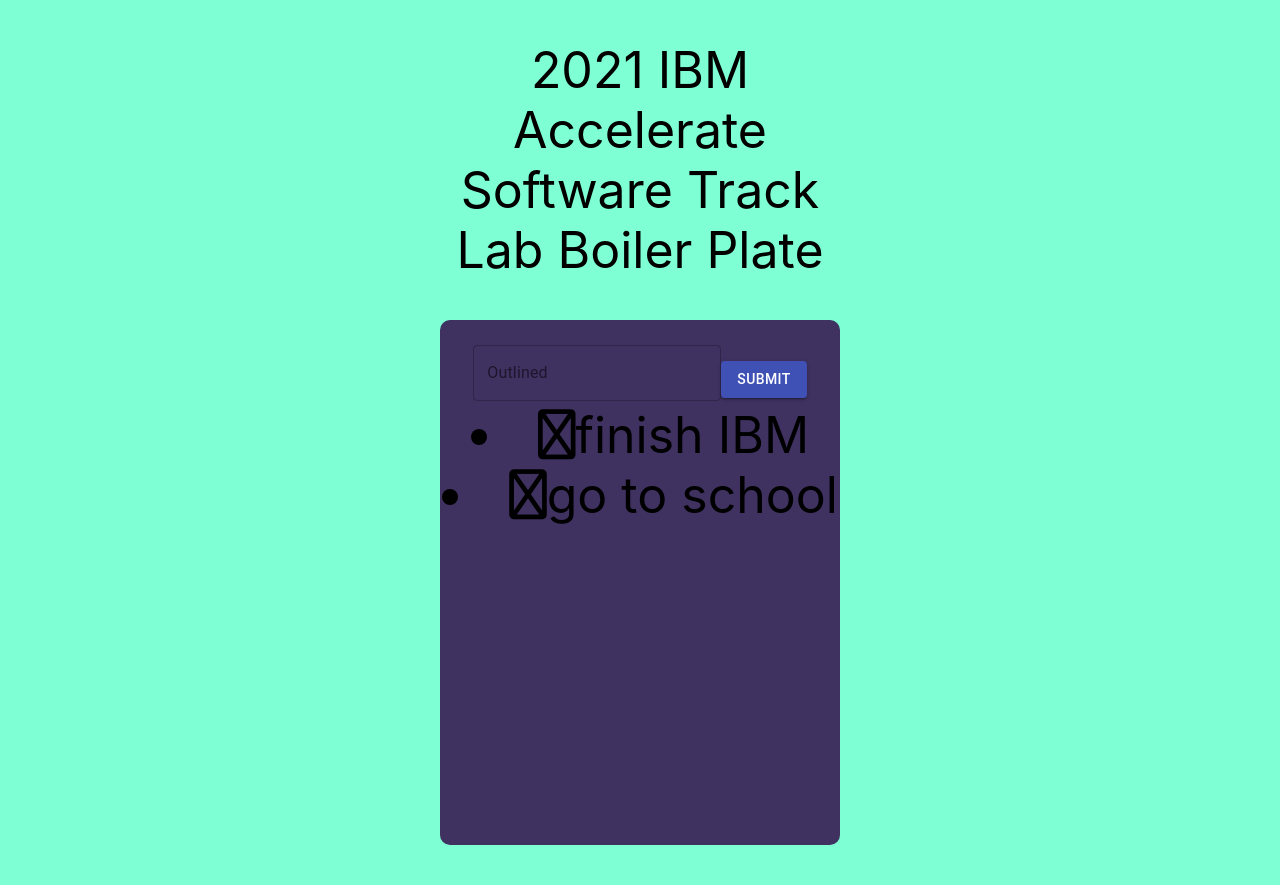
Repository: 2021-IBM-Accelerate-SW-Track/lab-1-team-34
Page: /
An editor plug-in stored every save of this project. The page is shown before and after the next save, followed by the edit.
The browser window is 1280 px wide. The pictures show the whole page.
Some web libraries are served in a nearby version. The project was rebuilt for these pictures with package versions that can differ from the ones it lists, and the page was loaded fresh each time.

Above is the page before, as saved 2021-06-13 16:49:05.

### public/index.html
<!DOCTYPE html>
<html lang="en">
  <head>
    <meta charset="utf-8" />
    <meta name="viewport" content="width=device-width, initial-scale=1" />
    <meta name="theme-color" content="#000000" />
    <meta
      name="description"
      content="Web site created using create-react-app"
    />
    <script src="https://kit.fontawesome.com/b9d1aed08a.js" crossorigin="anonymous"></script>

    <!--
      manifest.json provides metadata used when your web app is installed on a
      user's mobile device or desktop. See https://developers.google.com/web/fundamentals/web-app-manifest/
    -->
    <!--
      Notice the use of %PUBLIC_URL% in the tags above.
      It will be replaced with the URL of the `public` folder during the build.
      Only files inside the `public` folder can be referenced from the HTML.

      Unlike "/favicon.ico" or "favicon.ico", "%PUBLIC_URL%/favicon.ico" will
      work correctly both with client-side routing and a non-root public URL.
      Learn how to configure a non-root public URL by running `npm run build`.
    -->
    <title>React App</title>
  </head>
  <body>
    <noscript>You need to enable JavaScript to run this app.</noscript>
    <div id="root"></div>
    <!--
      This HTML file is a template.
      If you open it directly in the browser, you will see an empty page.

      You can add webfonts, meta tags, or analytics to this file.
      The build step will place the bundled scripts into the <body> tag.

      To begin the development, run `npm start` or `yarn start`.
      To create a production bundle, use `npm run build` or `yarn build`.
    -->
  </body>
</html>

### src/App.js
// import Header from "./component/header";
import Page from "./Pages/UI";

import "./App.css";

function App() {
  return (
    <div className="App">
      <Page />
    </div>
  );
}

export default App;

### src/Pages/UI/index.js
import Page from "./page";

export default Page;

### src/App.css
.App {
  text-align: center;
  background: aquamarine;
  font-size: 50px;
}

body {
  margin: 0;
  font-family: -apple-system, BlinkMacSystemFont, "Segoe UI", "Roboto", "Oxygen",
    "Ubuntu", "Cantarell", "Fira Sans", "Droid Sans", "Helvetica Neue",
    sans-serif;
  -webkit-font-smoothing: antialiased;
  -moz-osx-font-smoothing: grayscale;
}

code {
  font-family: source-code-pro, Menlo, Monaco, Consolas, "Courier New",
    monospace;
}
html {
  background: aquamarine;
}

### src/Pages/UI/page.js
import React from "react";
import Header from "../../component/header/header"; // no target file, targets index.js
import Input from "../../component/Input";

function page(props) {
  return (
    <div>
      <Header />
      <Input />
    </div>
  );
}

export default page;

### src/component/header/header.js
export default function Header() {
  return (
    <div className="header">
      2021 IBM Accelerate Software Track Lab Boiler Plate
    </div>
  );
}

### src/component/Input/index.js
import Input from "./input";

export default Input;

### src/component/Input/input.js
import { TextField, Button } from "@material-ui/core";
import React, { useState } from "react";
import "./input.css";

const initialTodo = ["finish IBM", "go to school"];

function Input(props) {
  const [input, setInput] = useState("");
  const [list, setTodo] = React.useState(initialTodo);

  function handleAdd() {
    const newList = list;
    newList.push(input);
    setTodo(newList);
    console.log(list);
    setInput("");
    handleClear();
    // debugger;
  }

  const handleClear = () => {
    Array.from(document.querySelectorAll("input")).forEach((input) => {
      input.value = "";
    });
    Array.from(document.querySelectorAll("textarea")).forEach((textarea) => {
      textarea.value = "";
    });
  };
  return (
    <div className="inputcolor">
      <TextField
        onChange={(event) => {
          setInput(event.target.value);
          console.log(input);
        }}
        // onEnter={() => {
        //   list.push(input);
        // }}
        // id="outlined-basic"
        label="Outlined"
        variant="outlined"
      />

      <Button onClick={handleAdd} variant="contained" color="primary">
        Submit
      </Button>

      {/* list not updating quick but data does get added */}
      {list &&
        list.map((item, index) => {
          return <li key={index}>{item}</li>;
        })}
    </div>
  );
}

export default Input;

### src/component/Input/input.css
.inputcolor {
  background-color: #3f3160;
  min-height: 500px;
  width: 400px;
  margin: 40px auto;
  padding-top: 25px;
  border-radius: 10px;
}
.inputtext {
  background-color: #ffffff;
  border: 0;
  color: #fff;
  width: 200px;

  height: 50px;
  margin: 20px;
  padding: 0 20px;
  font-size: 18px;
  border-radius: 10px;
  padding-right: 10px;
}
.container {
  padding-top: 0px;
  padding-bottom: 30px;
}
.list {
  color: white;
}

ul li {
  padding: 10px 0px;
}

li:before {
  content: "\f00c";
  font-family: "Font Awesome 5 Free";
}

.App {
  background-color: #fec9bb;
  min-height: 500px;
  width: 400px;
  margin: 40px auto;
}
.button {
  background-color: rgba(27, 112, 137, 1);
  border: 0;
  color: #fff;
  width: 100px;

  height: 50px;
  margin: 20px;
  padding: 0 20px;
  font-size: 18px;
  border-radius: 10px;
}

Loaded but not shown: src/index.js (common file)

After the next save:
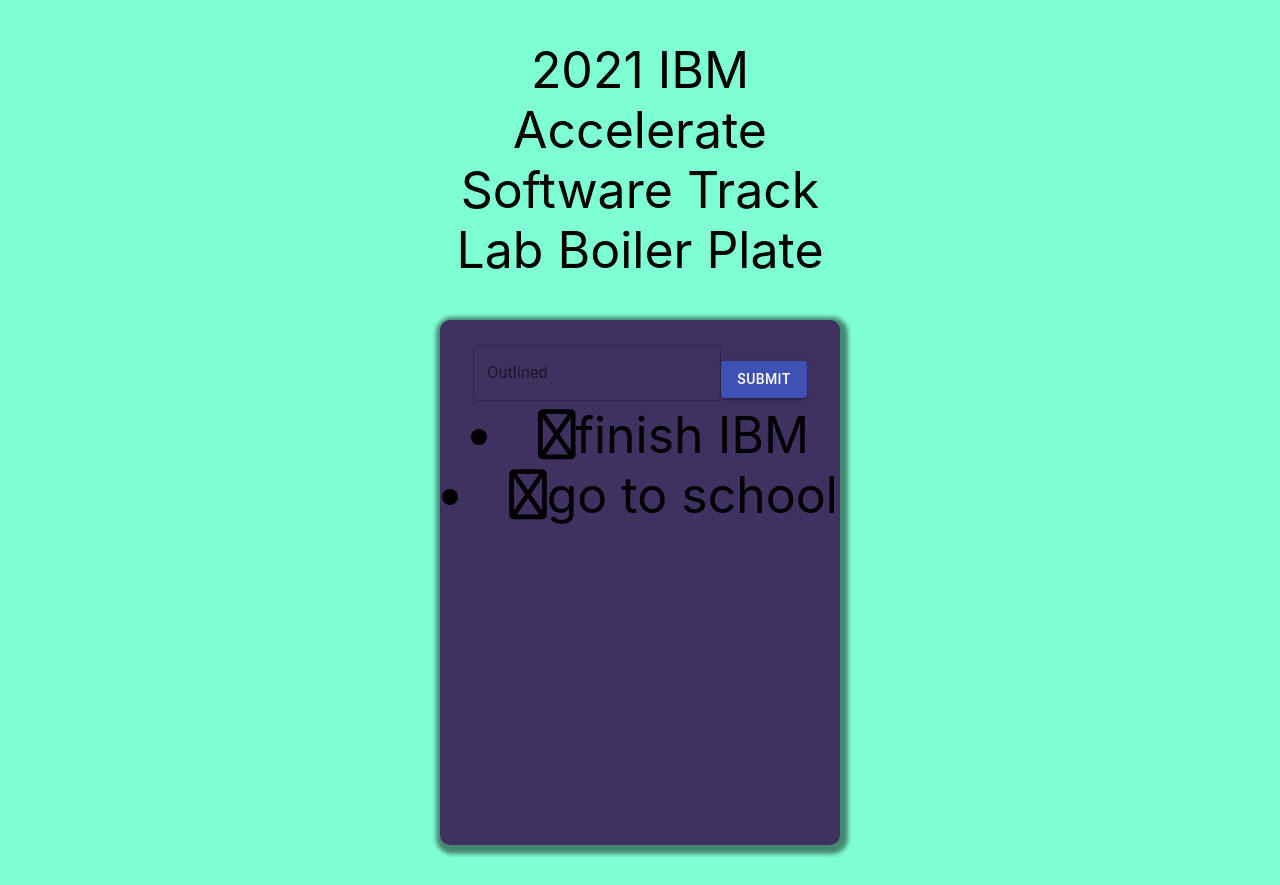
Saved 9 s later.
--- a/src/component/Input/input.css
+++ b/src/component/Input/input.css
@@ -5,6 +5,7 @@
   margin: 40px auto;
   padding-top: 25px;
   border-radius: 10px;
+  box-shadow: 2px 3px 4px 6px #00000077;
 }
 .inputtext {
   background-color: #ffffff;
